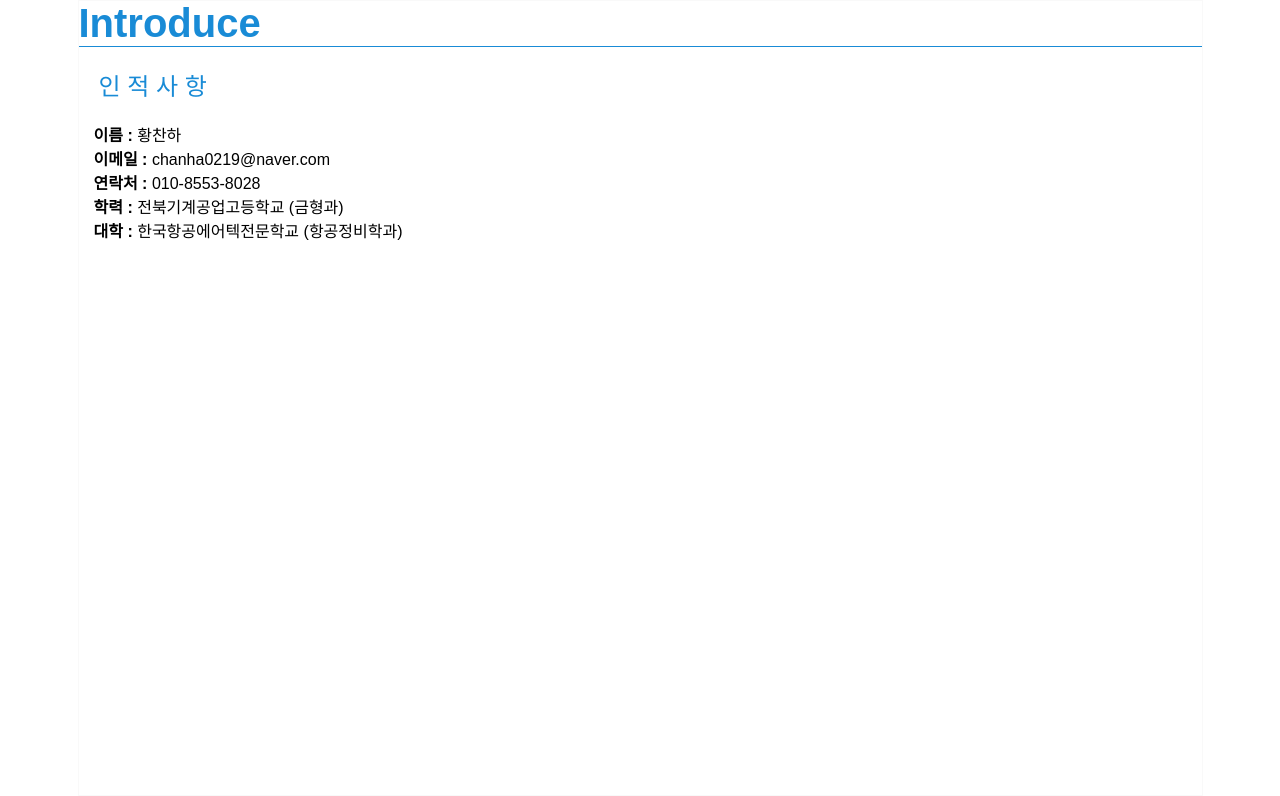
Repository: DooBae-KR/MySelf
Page: /
An editor plug-in stored every save of this project. The page is shown before and after the next save, followed by the edit.
The browser window is 1280 px wide. The pictures show the whole page.
The project was rebuilt for these pictures with package versions that can differ from the ones it lists, and the page was loaded fresh each time. Also part of the build but not shown: src/pages/MainPage.js, src/pages/header/HeaderLogo.js, src/pages/header/TabMenu.js, src/pages/HeaderPage.js.

Above is the page before, as saved 2025-07-23 21:14:52.

### src/App.js
import { BrowserRouter, Routes, Route } from 'react-router-dom';
import Main from './pages/MainPage';
import Header from './pages/HeaderPage';
import MySelf from './pages/Myself';

import './styles/header.css';

function App() {
  return (
  <BrowserRouter>
  <Routes>
    <Route path={'/'} element={<MySelf/>} />
  </Routes>
  </BrowserRouter>
  );
}

export default App;

### src/pages/Myself.js
import { myInfo,myWorkSkill,myLicense } from "../data/MyInform"
export default function MySelf(){

    return(
        <div className="A4 rec">
            <div className="title">Introduce</div>
            <div className="container content">
                <div className="contentTitle">인 적 사 항</div>
                  <div className="context">
                    <p><strong>이름 : </strong>{myInfo.name}</p>
                    <p><strong>이메일 : </strong> {myInfo.email}</p>
                    <p><strong>연락처 : </strong>{myInfo.phone}</p>
                    <p><strong>학력 : </strong>{myInfo.highSchool} ({myInfo.highScMajor})</p>
                    <p><strong>대학 : </strong>{myInfo.collage} ({myInfo.collageMajor})</p>
                </div>
            </div>


        </div>
    )
}

### src/styles/header.css


* {
    margin: 0;
    padding: 0;
    font-family: "Asta Sans", sans-serif;
    font-optical-sizing: auto;
    font-weight: 400;
    font-style: normal;
    }

    .container {
        display :flex;
    }

    .headerLogo {
        width: 100vw;
        height: 100px;
        justify-content: space-between;
        padding: 0;
        border-bottom: 2px solid #db8b23;
    }
    .logo{
        padding: 15px;
        margin-left: 10px;
        width: 100px;
        height: 100px;
        font-size: 50px;
        font-weight: bolder;
        font-style: italic;
        cursor: pointer;
        align-items: center;
    }
    .logoTitle{
        display: flex;
        font-size: 50px;
        align-items: center;


    }
    .headerLogo input{
        margin: 15px;
        padding: 3px 5px;
        border: 1px solid #db8b239d;
        border-radius: 10px;

    }

    .A4.rec{
        width: 1123px;
        height: 794px;
        border: 1px solid #aaaaaa11;
        margin: 0 auto;
    }
    .title{
        font-size: 40px;
        color:rgb(25, 139, 214);
        font-weight: 700;
        border-bottom: 1px solid rgb(25, 139, 214);
    }
    .content{
        width: 100%;
        flex-direction: column;
    }
    .contentTitle{
        margin: 20px;
        font-size: 24px;
        color:rgb(25, 139, 214);
    }
    .context {
        gap: 5px;
    }
    .context strong{
        margin-left: 15px;
        font-weight: bold;
    }

### src/data/MyInform.js

export const myInfo = {
    name: "황찬하",
    email: "chanha0219@naver.com",
    phone: "010-8553-8028",
    github: "https://github.com/DooBae-KR",
    notion: "https://www.notion.so/239012dbbef280e4886de20264e97e98",
    intro1: "CORE knowledge, HOT execution",
    intro2 : "That’s how I make things happen",
    highSchool : "전북기계공업고등학교",
    highScMajor : "금형과",
    collage : "한국항공에어텍전문학교",
    collageMajor : "항공정비학과"
  };

export const myWorkSkill ={
    wrok1Name : "(주)쎄크",
    wrok1Time : "2015.10 ~ 2016.09",
    work1Session : "생산직",
    work1Content : "비파괴검사기(튜브) 생산 및 Calibration",
     work1Study: "NG 분석 리포트 작성과 작업일지 문서화를 통해 문제 해결 능력과 데이터 기반 보고 역량을 키웠으며, 체계적인 품질관리 경험을 통해 프로세스 최적화에 대한 이해를 쌓았습니다.",

    work2Name : "이든",
    work2Time : "2023.01 ~ 2024.06",
    work2Session : "조리과",
    work2Content : `대리 | 2024.03 ~ 2024.06
                    사시미 모리, 마끼 업무 수행
                    최상의 맛과 서비스 제공
                    메뉴 개발 및 시즌별 신메뉴 기획
                    주방 인력 관리 및 신입 직원 교육

                    사원 | 2022.11 ~ 2024.02
                    튀김, 불판 조리 업무 수행
                    식자재 발주 및 위생 관리`,
    work2Study: "고객 만족을 위한 메뉴 기획과 품질 유지 경험을 통해 사용자 관점에서 사고하고 기획하는 역량을 키웠으며, 팀원 교육과 주방 운영을 통해 커뮤니케이션 능력과 리더십을 실무에 적용했습니다."
  }

export const myLicense =[
    {
        name : "컴퓨터응용밀링기능사",
        date : "2014.06.27"
    },
    {
        name : "전산응용기계제도기능사",
        date : "2014.12.26"
    },
    {
        name : "정밀측정기능사",
        date : "2015.07.03"
    },
    {
        name : "자동차운전면허 1종 보통",
        date : "2015.02"
    }
]

Loaded but not shown: public/index.html (common file); src/index.js (common file); src/index.css (common file); src/reportWebVitals.js (common file)

After the next save:
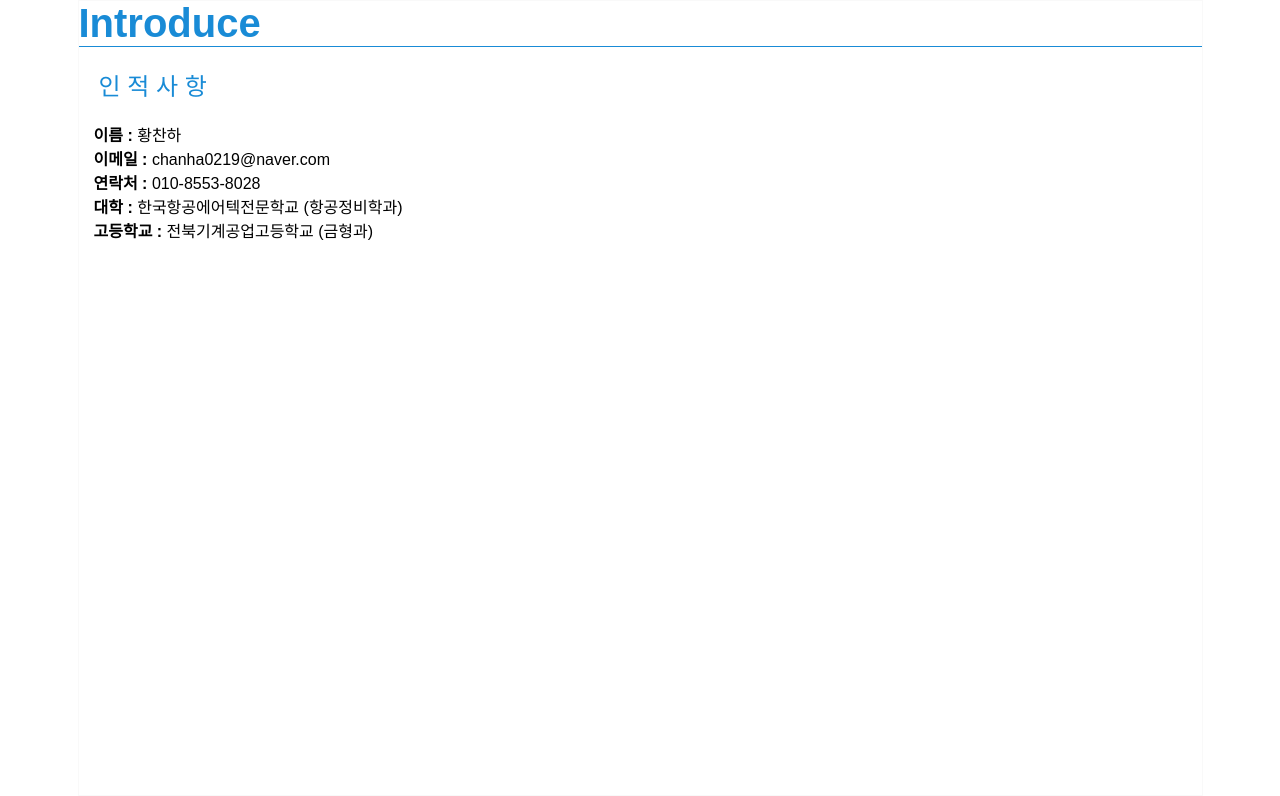
Saved 13 s later.
--- a/src/pages/Myself.js
+++ b/src/pages/Myself.js
@@ -10,8 +10,8 @@ export default function MySelf(){
                     <p><strong>이름 : </strong>{myInfo.name}</p>
                     <p><strong>이메일 : </strong> {myInfo.email}</p>
                     <p><strong>연락처 : </strong>{myInfo.phone}</p>
-                    <p><strong>학력 : </strong>{myInfo.highSchool} ({myInfo.highScMajor})</p>
                     <p><strong>대학 : </strong>{myInfo.collage} ({myInfo.collageMajor})</p>
+                    <p><strong>고등학교 : </strong>{myInfo.highSchool} ({myInfo.highScMajor})</p>
                 </div>
             </div>
 
